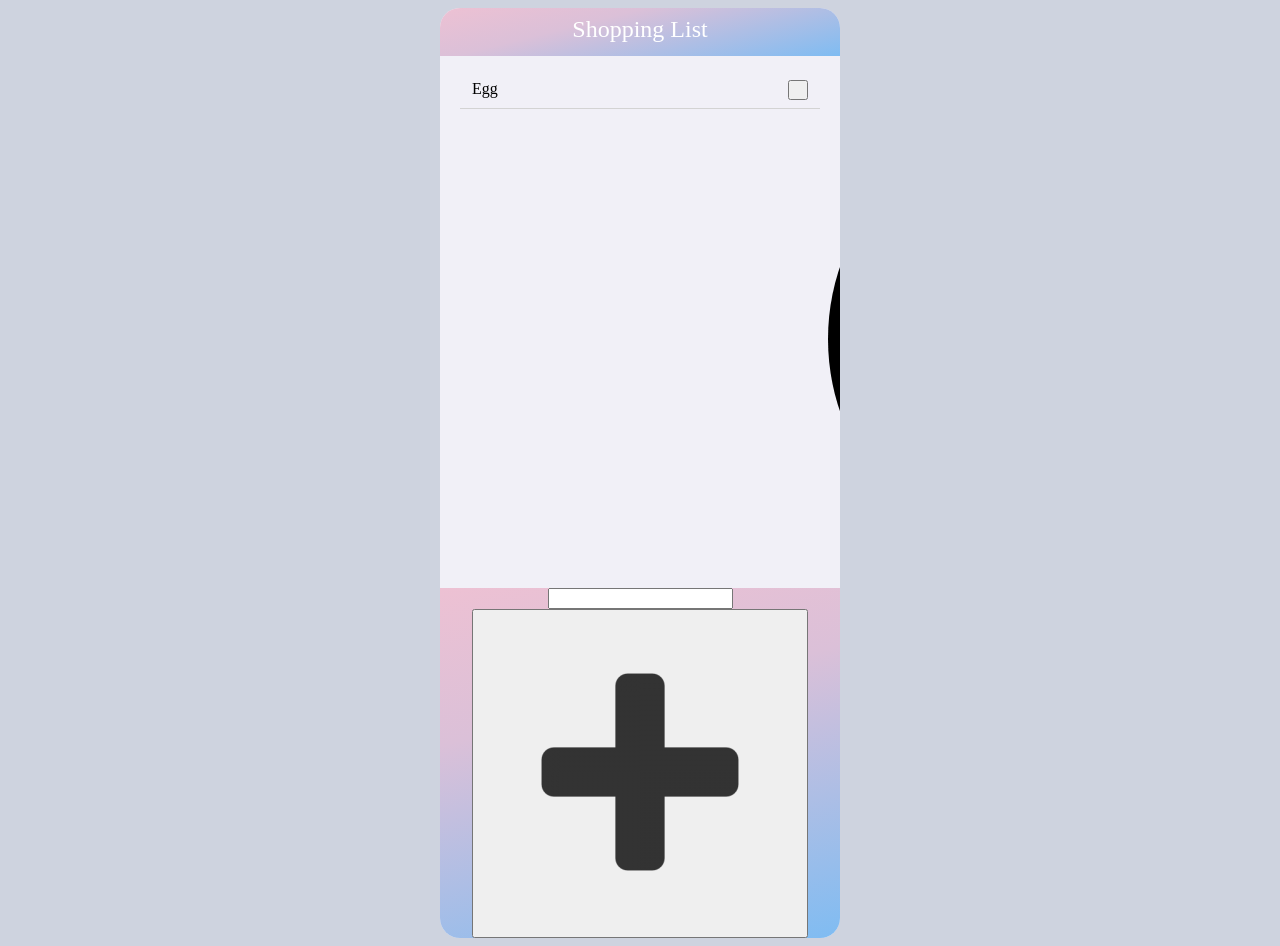
Repository: yoon-dh/JS_Prac
Page: shopping_list/shopping_list.html
The author's editor kept a copy of each file at every save. The page is drawn from the files as they stood at one save, then again after the next save.
The browser window is 1280 px wide. The pictures show the whole page.

Above is the page before, as saved 2023-06-21 22:17:47.

### shopping_list/shopping_list.html
<!DOCTYPE html>
<html lang="en">
  <head>
    <meta charset="UTF-8" />
    <meta http-equiv="X-UA-Compatible" content="IE=edge" />
    <meta name="viewport" content="width=device-width, initial-scale=1.0" />
    <title>Document</title>
    <link rel="stylesheet" href="style.css" />
    <script src="main.js" defer></script>
  </head>
  <body>
    <section class="list">
      <header class="header">Shopping List</header>
      <ul class="items">
        <li class="item_row">
          <div class="item">
            <span class="item_name">Egg</span>
            <button class="item_delete">
              <img src="image/delete-button.png" alt="" />
            </button>
          </div>
          <div class="item_divider"></div>
        </li>
      </ul>
      <footer class="footer">
        <input class="footer_input" type="text" />
        <button class="footer_button">
          <img src="image/plus-icon-black-2.png" alt="" />
        </button>
      </footer>
    </section>
  </body>
</html>

### shopping_list/style.css
* {
  box-sizing: border-box;
}

ul {
  padding: 0;
}

body {
  background-color: #ced3df;
  text-align: center;
}

.list {
  width: 400px;
  margin: auto;
  background-color: #f1f0f7;
  border-radius: 20px;
}

.header {
  height: 48px;
  padding: 8px;
  font-size: 24px;
  background: rgba(237, 193, 211);
  background: linear-gradient(
    166deg,
    rgba(237, 193, 211, 1) 0%,
    rgba(219, 192, 216, 1) 35%,
    rgba(127, 188, 242, 1) 100%
  );
  border-radius: 20px 20px 0px 0px;
  color: white;
}

.items {
  height: 500px;
  overflow-y: auto;
}

.item {
  display: flex;
  justify-content: space-between;
  padding: 8px 32px;
}

.item_divider {
  width: 90%;
  height: 1px;
  background-color: lightgray;
  margin: auto;
}

.item_delete {
  cursor: pointer;
  width: 20px;
  height: 20px;
}

.footer {
  background: rgba(237, 193, 211);
  background: linear-gradient(
    166deg,
    rgba(237, 193, 211, 1) 0%,
    rgba(219, 192, 216, 1) 35%,
    rgba(127, 188, 242, 1) 100%
  );

  border-radius: 0px 0px 20px 20px;
}

Loaded but not shown: shopping_list/main.js (no copy from this time; the picture is the same without it)

After the next save:
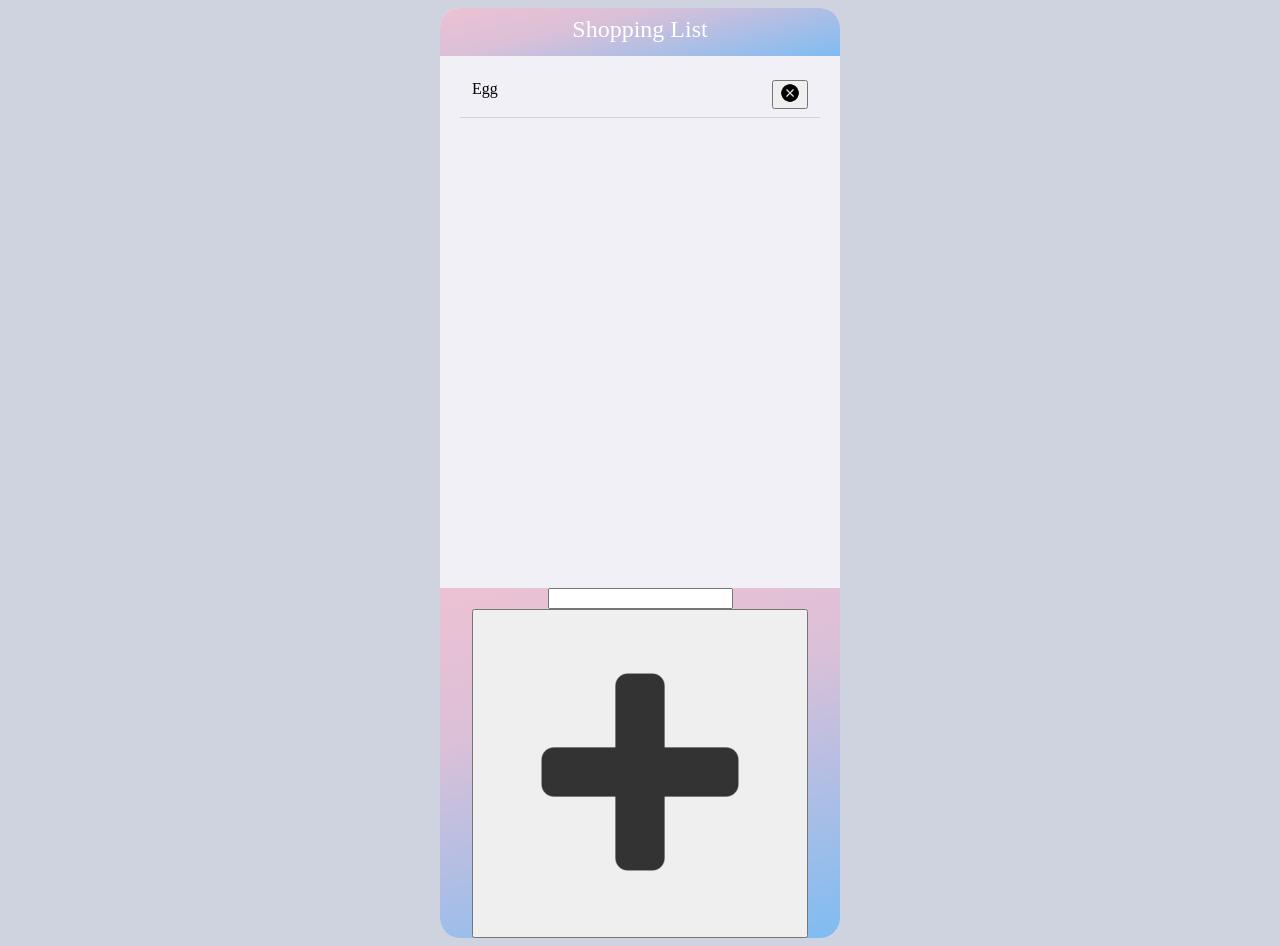
Saved 40 s later.
--- a/shopping_list/shopping_list.html
+++ b/shopping_list/shopping_list.html
@@ -15,8 +15,8 @@
         <li class="item_row">
           <div class="item">
             <span class="item_name">Egg</span>
-            <button class="item_delete">
-              <img src="image/delete-button.png" alt="" />
+            <button>
+              <img class="item_delete" src="image/delete-button.png" alt="" />
             </button>
           </div>
           <div class="item_divider"></div>
